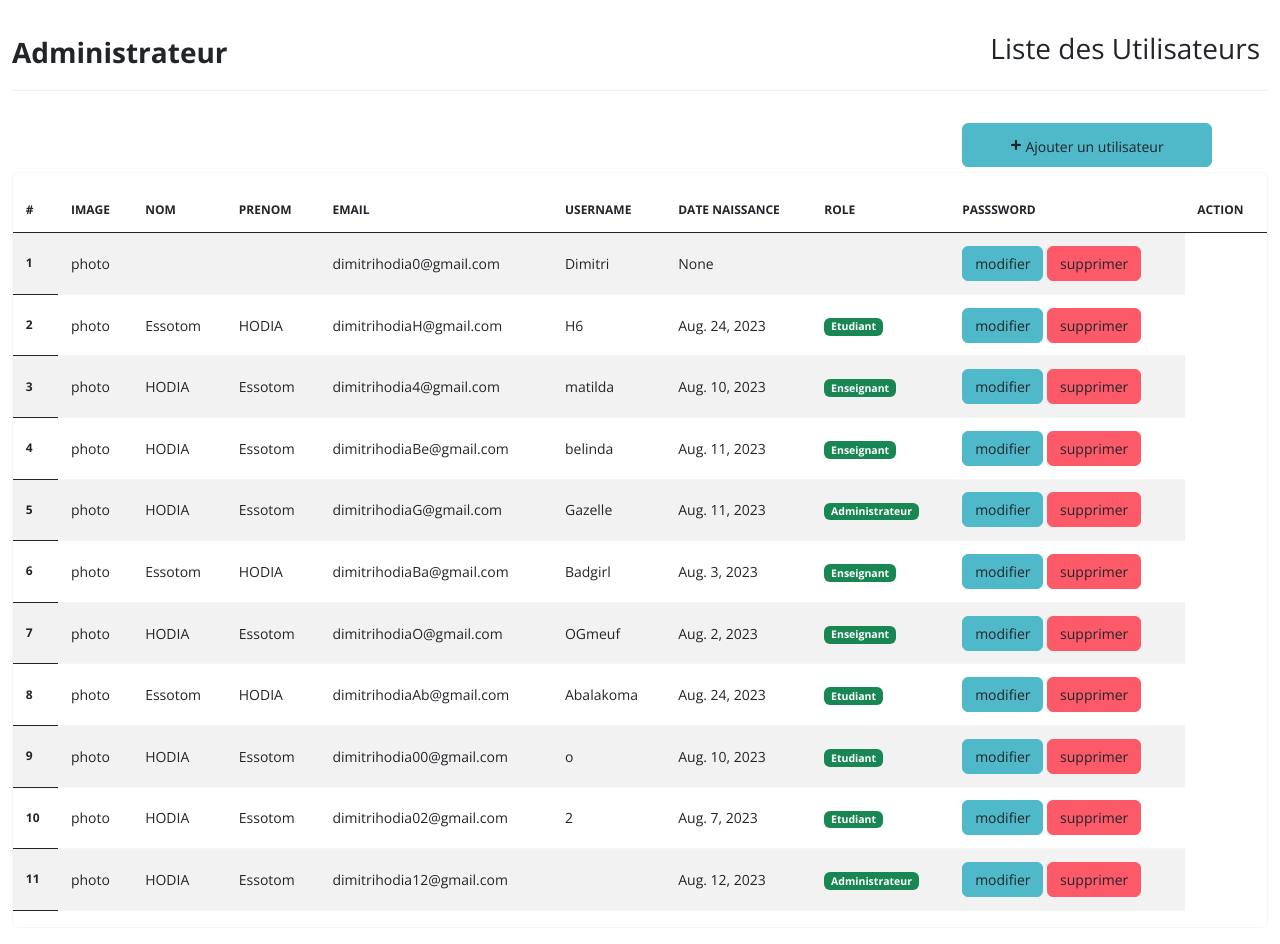
Repository: dimitri0004/Moodle
Page: http://localhost/Admin/user/
These files come from the project's save history. The page is drawn as it stood at one moment and after the next save; the edit follows.
The browser window is 1280 px wide. The pictures show the whole page.
The page is served by the project's application, run on Django 4.2 (manage.py). Other server files are loaded and not shown. The database holds what the project's SQL file puts in it.

Above is the page before, as saved 2023-08-20 12:59:33.
Console error: TypeError: Cannot set properties of null (setting 'innerHTML')

### templates/administrateur/users/utilisateur.html
{% extends "base.html" %}
{% block content %}

<div class="body d-flex py-lg-3 py-md-2">
    <div class="container-xxl">
        <div class="row">
            <div class="col-md-12">
                <div class="card border-0 mb-4 no-bg">
                    <div class="card-header py-3 px-0 d-flex align-items-center  justify-content-between border-bottom">
                        <h3 class=" fw-bold flex-fill mb-0">Administrateur</h3>
                        <div class="dropdown px-2">
                            <H3>Liste des Utilisateurs</H3>
                        </div>

                    </div>
                </div>
            </div>
        </div>
        <div class="">
            <div class="col">
                <h3></h3>
                <a href="{% url 'inscription' %}" style="width: 250px; margin-left:950px;margin-bottom:5px" class="btn btn-info"><strong style="font-size: 20px; ">+</strong> Ajouter un utilisateur</a>
                <div class="card teacher-card">

                    <p class=" alert-success">{{ message }}</p>



                    <table class="table table-striped">
                        <thead>
                          <tr>
                            <th scope="col">#</th>
                            <th>Image</th>
                            <th scope="col">Nom</th>
                            <th scope="col">Prenom</th>
                            <th scope="col">Email</th>
                            <th scope="col">Username</th>
                            <th scope="col">Date Naissance</th>
                            <th scope="col">Role</th>
                            <th scope="col">Passsword</th>

                            <th scope="col">Action</th>
                          </tr>
                        </thead>
                        <tbody>
                            {% for user in users %}
                            <tr>
                                <th scope="row">{{ forloop.counter  }}</th>
                                <td>photo</td>
                                <td>{{ user.last_name }}</td>
                                <td>{{ user.first_name }}</td>
                                <td>{{ user.email }}</td>
                                <td>{{ user.username }}</td>
                                <td>{{ user.birthdate }}</td>
                                <td  ><strong class="badge bg-success">{{ user.role }}</strong></td>
                                <td>
                                    <a href="" class="btn btn-info">modifier</a>
                                    <a href="" class="btn btn-danger">supprimer</a>
                                </td>
                              </tr>
                            {% endfor %}


                        </tbody>
                      </table>

            </div>
        </div>
    </div>
</div>

<!-- Modal Members-->
<div class="modal fade" id="addUser" tabindex="-1" aria-labelledby="addUserLabel" aria-hidden="true">
    <div class="modal-dialog modal-dialog-centered modal-lg">
    <div class="modal-content">
        <div class="modal-header">
            <h5 class="modal-title  fw-bold" id="addUserLabel">Invite Friend's</h5>
            <button type="button" class="btn-close" data-bs-dismiss="modal" aria-label="Close"></button>
        </div>
        <div class="modal-body">
            <div class="inviteby_email">
                <div class="input-group mb-3">
                    <input type="text" class="form-control" placeholder="Members Invite" aria-label="Recipient's username" aria-describedby="button-addon2">
                    <button class="btn btn-dark" type="button" id="button-addon2">Members Invite</button>
                </div>
            </div>
            <div class="members_list">
                <h6 class="fw-bold ">Members of e-Learn</h6>
                <ul class="list-unstyled list-group list-group-custom list-group-flush mb-0">

                </ul>
            </div>
        </div>
    </div>
    </div>
</div>

{% endblock %}

### templates/base.html
{% load static %}
<!DOCTYPE html>
<html lang="en">
<head>
    <meta charset="UTF-8">
    <meta name="viewport" content="width=device-width, initial-scale=1.0">
    <title>Document</title>

    <link rel="icon" href="favicon.ico" type="image/x-icon"> <!-- Favicon-->

    <!-- plugin css file  -->
    <link rel="stylesheet" href="{% static 'assets/css/carousel.min.css' %}" />
    <!-- project css file  -->
    <link rel="stylesheet" href="{% static 'assets/css/e-learn.style.min.css' %}">
    <!-- Google Code  -->
    <script async src="https://www.googletagmanager.com/gtag/js?id=UA-264428387-1"></script>
    <script>
      window.dataLayer = window.dataLayer || [];
      function gtag(){dataLayer.push(arguments);}
      gtag('js', new Date());

      gtag('config', 'UA-264428387-1');
    </script>

    <script src="{% static 'assets/bundles/libscripts.bundle.js' %}"></script>

    <!-- Plugin Js-->
    <script src="{% static 'assets/bundles/carousel.bundle.js' %}"></script>
    <script src="{% static 'assets/bundles/apexcharts.bundle.js' %}"></script>

    <!-- Jquery Page Js -->
    <script src="{% static 'js/template.js' %}"></script>
    <script src="{% static 'js/page/elearn-index.js' %}"></script>
</head>
<body>

    {% if user.is_authenticated %}
      {% if user.role == "Administrateur" %}
        {% include "_partiels/navAdministrateur.html" %}
      {% elif user.role == "Enseignant" %}
        {% include "_partiels/nav.html" %}
      {% else %}
        {% include "_partiels/nav.html" %}
      {% endif %}


    {% endif %}





    {% block content %}{% endblock %}
</body>
</html>

### Administrateur/views.py
from django.shortcuts import render,redirect,get_object_or_404
from django.core.validators import validate_email
from AppEcole.models import User
from django.db.models import Q
from django.contrib.auth.decorators import login_required
from django.contrib.auth import authenticate, login, logout
from django.contrib.auth import get_user_model
from django.contrib import messages

def register(request):
    error = False
    message = ""

    if request.method == "POST":
        username = request.POST.get('username')
        email = request.POST.get('email')
        nom = request.POST.get('nom')
        prenom = request.POST.get('prenom')
        password = request.POST.get('password')
        confirmePassword = request.POST.get('confirmePassword')
        role = request.POST.get('role')
        identifiant = request.POST.get('identifiant')
        date = request.POST.get('date')
        image = request.POST.get('image')
        # Récupérer le rôle du formulaire

        try:
            validate_email(email)
        except:
            error = True
            message = "Entrer un email valide svp"

        User = get_user_model()  # Obtenir le modèle utilisateur personnalisé

        user = User.objects.filter(Q(email=email) | Q(username=username)).first()
        if user:
            error = True
            message = f"L'email {email} ou le nom d'utilisateur {nom} est déjà utilisé par un utilisateur"

        if password != confirmePassword:
            error = True
            message = "Les deux mots de passe ne sont pas identiques"

        if error == False:
            user = User(

                username=username,
                email=email,
                last_name=nom,
                first_name=prenom,
                identifiant=identifiant,
                role=role,
                birthdate=date,
                profil=image# Enregistrer le rôle dans le modèle
            )
            user.set_password(password)
            user.save()
            return redirect('liste_utilisateur')

    context = {
        'error': error,
        'message': message
    }
    return render(request, 'administrateur/users/inscription.html', context)

def liste_utilisateur(request):
    users = User.objects.all()
    return render(request, 'administrateur/users/utilisateur.html', {'users': users})

# Create your views here.

### AppEcole/models.py
from django.db import models
from django.contrib.auth.models import AbstractUser
class User(AbstractUser):
    ETUDIANT= " ETUDIANT"
    ENSEIGNANT="ENSEIGNANT"
    ADMINISTRATEUR=" ADMINISTRATEUR"

    ROLE_CHOICES = (
        (ETUDIANT, 'Etudiant'),
        (ENSEIGNANT, 'Enseignant'),
        (ADMINISTRATEUR, 'Administrateur'),
    )

    role = models.CharField(max_length=30, choices=ROLE_CHOICES, verbose_name='Rôle')
    birthdate = models.DateField(null=True, blank=False)
    identifiant = models.CharField(max_length=20, null=True, blank=False)
    profil=models.ImageField( upload_to='projets', height_field=None, width_field=None, max_length=None, default="12.png", blank=True)

    def __str__(self):
        return self.username

class Devoir(models.Model):

    STATUT_CHOICES = [
        ('en_cours', 'En cours'),
        ('soumis', 'Soumis'),
        ('corrigé', 'Corrige'),
        ('traité', 'Traite'),
        ('archivé', 'Archivé'),
    ]
    intitule=models.CharField(max_length=255)
    matiere=models.CharField(max_length=255)
    statut = models.CharField(max_length=20, choices=STATUT_CHOICES)
    projet = models.FileField(upload_to='projets')


    def __str__(self):
        return self.intitule


# Create your models here.

### MoodleProject/urls.py
"""
URL configuration for MoodleProject project.

The `urlpatterns` list routes URLs to views. For more information please see:
    https://docs.djangoproject.com/en/4.2/topics/http/urls/
Examples:
Function views
    1. Add an import:  from my_app import views
    2. Add a URL to urlpatterns:  path('', views.home, name='home')
Class-based views
    1. Add an import:  from other_app.views import Home
    2. Add a URL to urlpatterns:  path('', Home.as_view(), name='home')
Including another URLconf
    1. Import the include() function: from django.urls import include, path
    2. Add a URL to urlpatterns:  path('blog/', include('blog.urls'))
"""
from django.contrib import admin
from django.urls import path,include
from django.conf import settings
from django.conf.urls.static import static


urlpatterns = [
    path('admin/', admin.site.urls),
    path('', include('AppEcole.urls')),
    path('Admin', include('Administrateur.urls')),
]
if settings.DEBUG:
    urlpatterns += static(settings.MEDIA_URL,
    document_root=settings.MEDIA_ROOT)

### AppEcole/urls.py
from django.urls import path
from .views import index, inscription, connexion,ajouter_projet,deconnexion,liste_projets,modifier_projet,supprimer_projet,afficher_profil
urlpatterns = [
    path('acceuil', index, name='acceuil'),
    path('inscription/', inscription, name='register'),
    path('', connexion, name='login'),
    path('deconnexion/', deconnexion, name='logout'),


    path('enseignant/projet/ajouter', ajouter_projet, name='ajouter_projet'),
    path('enseignant/projet/', liste_projets, name='liste_projet'),
    path('enseignant/projet/modifier/<int:id>',modifier_projet, name='modifier_projet'),
    path('enseignant/projet/supprimer/<int:id>',supprimer_projet, name='supprimer_projet'),
    path('enseignant/profil',afficher_profil, name='afficher_profil'),


]

### Administrateur/urls.py
from django.urls import path
from .views import register,liste_utilisateur
urlpatterns = [
    path('/user/ajouter', register, name='inscription'),
    path('/user/', liste_utilisateur, name='liste_utilisateur'),







]

### static/assets/css/carousel.min.css
.owl-carousel,.owl-carousel .owl-item{-webkit-tap-highlight-color:transparent;position:relative}.owl-carousel{display:none;width:100%;z-index:1}.owl-carousel .owl-stage{position:relative;-ms-touch-action:pan-Y;-moz-backface-visibility:hidden}.owl-carousel .owl-stage:after{content:".";display:block;clear:both;visibility:hidden;line-height:0;height:0}.owl-carousel .owl-stage-outer{position:relative;overflow:hidden;-webkit-transform:translate3d(0, 0, 0)}.owl-carousel .owl-item,.owl-carousel .owl-wrapper{-webkit-backface-visibility:hidden;-moz-backface-visibility:hidden;-ms-backface-visibility:hidden;-webkit-transform:translate3d(0, 0, 0);-moz-transform:translate3d(0, 0, 0);-ms-transform:translate3d(0, 0, 0)}.owl-carousel .owl-item{min-height:1px;float:left;-webkit-backface-visibility:hidden;-webkit-touch-callout:none}.owl-carousel .owl-item img{display:block;width:100%}.owl-carousel .owl-dots.disabled,.owl-carousel .owl-nav.disabled{display:none}.no-js .owl-carousel,.owl-carousel.owl-loaded{display:block}.owl-carousel .owl-dot,.owl-carousel .owl-nav .owl-next,.owl-carousel .owl-nav .owl-prev{cursor:pointer;cursor:hand;-webkit-user-select:none;-khtml-user-select:none;-moz-user-select:none;-ms-user-select:none;user-select:none}.owl-carousel.owl-loading{opacity:0;display:block}.owl-carousel.owl-hidden{opacity:0}.owl-carousel.owl-refresh .owl-item{visibility:hidden}.owl-carousel.owl-drag .owl-item{-webkit-user-select:none;-moz-user-select:none;-ms-user-select:none;user-select:none}.owl-carousel.owl-grab{cursor:move;cursor:grab}.owl-carousel.owl-rtl{direction:rtl}.owl-carousel.owl-rtl .owl-item{float:right}.owl-carousel .animated{animation-duration:1s;animation-fill-mode:both}.owl-carousel .owl-animated-in{z-index:0}.owl-carousel .owl-animated-out{z-index:1}.owl-carousel .fadeOut{animation-name:fadeOut}@keyframes fadeOut{0%{opacity:1}100%{opacity:0}}.owl-height{transition:height .5s ease-in-out}.owl-carousel .owl-item .owl-lazy{opacity:0;transition:opacity .4s ease}.owl-carousel .owl-item img.owl-lazy{transform-style:preserve-3d}.owl-carousel .owl-video-wrapper{position:relative;height:100%;background:#000}.owl-carousel .owl-video-play-icon{position:absolute;height:80px;width:80px;left:50%;top:50%;margin-left:-40px;margin-top:-40px;background:url(owl.video.play.html) no-repeat;cursor:pointer;z-index:1;-webkit-backface-visibility:hidden;transition:transform .1s ease}.owl-carousel .owl-video-play-icon:hover{-ms-transform:scale(1.3, 1.3);transform:scale(1.3, 1.3)}.owl-carousel .owl-video-playing .owl-video-play-icon,.owl-carousel .owl-video-playing .owl-video-tn{display:none}.owl-carousel .owl-video-tn{opacity:0;height:100%;background-position:center center;background-repeat:no-repeat;background-size:contain;transition:opacity .4s ease}.owl-carousel .owl-video-frame{position:relative;z-index:1;height:100%;width:100%}

### static/js/template.js
if (typeof jQuery === "undefined") {
    throw new Error("jQuery plugins need to be before this file");
}

$(function() {
    "use strict";

    // main sidebar toggle js
    $('.menu-toggle').on('click', function () {
        $('.sidebar').toggleClass('open');
        $('.open').removeClass('sidebar-mini');
    });

    // layout a sidebar mini version
    $('.sidebar-mini-btn').on('click', function () {
        $('.sidebar').toggleClass('sidebar-mini');
        $('.sidebar-mini').removeClass('open');
    });

    // chat page chatlist toggle js
    $('.chatlist-toggle').on('click', function () {
        $('.card-chat').toggleClass('open');
    });

    $(".theme-rtl input").on('change',function() {
        if(this.checked) {
            $("body").addClass('rtl_mode');
        }else{
            $("body").removeClass('rtl_mode');
        }

    });

    // cSidebar overflow daynamic height

    overFlowDynamic();

    $(window).resize(function(){
        overFlowDynamic();
    });

    function overFlowDynamic(){
        var sideheight=$(".sidebar.sidebar-mini").height() + 48;

        if(sideheight <= 760) {
            $(".sidebar.sidebar-mini").css( "overflow", "scroll");
        }
        else{
            $(".sidebar.sidebar-mini").css( "overflow", "visible");
        }
    }


    // Dropdown scroll hide using table responsive

    $('.table-responsive').on('show.bs.dropdown', function () {
        $('.table-responsive').css( "overflow", "inherit" );
    });

    $('.table-responsive').on('hide.bs.dropdown', function () {
            $('.table-responsive').css( "overflow", "auto" );
    })

    // light and dark theme setting js
    var toggleSwitch = document.querySelector('.theme-switch input[type="checkbox"]');
    var toggleHcSwitch = document.querySelector('.theme-high-contrast input[type="checkbox"]');
    var currentTheme = localStorage.getItem('theme');
    if (currentTheme) {
        document.documentElement.setAttribute('data-theme', currentTheme);

        if (currentTheme === 'dark') {
            toggleSwitch.checked = true;
        }
        if (currentTheme === 'high-contrast') {
            toggleHcSwitch.checked = true;
            toggleSwitch.checked = false;
        }
    }
    function switchTheme(e) {
        if (e.target.checked) {
            document.documentElement.setAttribute('data-theme', 'dark');
            localStorage.setItem('theme', 'dark');
            $('.theme-high-contrast input[type="checkbox"]').prop("checked", false);
        }
        else {
            document.documentElement.setAttribute('data-theme', 'light');
            localStorage.setItem('theme', 'light');
        }
    }
    toggleSwitch.addEventListener('change', switchTheme, false);
    // end
});

// live support team js
$(function() {
    "use strict";
    var Tawk_API=Tawk_API||{}, Tawk_LoadStart=new Date();
    (function(){
        var s1=document.createElement("script"),s0=document.getElementsByTagName("script")[0];
        s1.async=true;
        s1.src='https://embed.tawk.to/6051a040f7ce18270930e55a/1f0vdjvfu';
        s1.charset='UTF-8';
        s1.setAttribute('crossorigin','*');
        s0.parentNode.insertBefore(s1,s0);
    })();
});

### moodle.sql (the tables this page reads)
CREATE TABLE `appecole_user` (
  `id` bigint(20) NOT NULL,
  `password` varchar(128) NOT NULL,
  `last_login` datetime(6) DEFAULT NULL,
  `is_superuser` tinyint(1) NOT NULL,
  `username` varchar(150) NOT NULL,
  `first_name` varchar(150) NOT NULL,
  `last_name` varchar(150) NOT NULL,
  `email` varchar(254) NOT NULL,
  `is_staff` tinyint(1) NOT NULL,
  `is_active` tinyint(1) NOT NULL,
  `date_joined` datetime(6) NOT NULL,
  `role` varchar(30) NOT NULL,
  `birthdate` date DEFAULT NULL,
  `identifiant` varchar(20) DEFAULT NULL,
  `profil` varchar(100) NOT NULL
) ENGINE=InnoDB DEFAULT CHARSET=utf8mb4;

INSERT INTO `appecole_user` (`id`, `password`, `last_login`, `is_superuser`, `username`, `first_name`, `last_name`, `email`, `is_staff`, `is_active`, `date_joined`, `role`, `birthdate`, `identifiant`, `profil`) VALUES
(1, 'pbkdf2_sha256$390000$iUlE0cOSgw09U2W8aK5Z6x$upZfpbMSMlbBebJmbwH24W9iJyQ7j249IScJWUpNZng=', '2023-08-20 12:30:55.787012', 1, 'Dimitri', '', '', 'dimitrihodia0@gmail.com', 1, 1, '2023-08-14 23:48:36.523526', '', NULL, NULL, '12.png'),
(8, 'pbkdf2_sha256$390000$8y96QpZnd9eLD1u3zXVrxW$N4QBGGl5ausKnXS0FMo4LEEG3r14qTcJx34v5AZYT38=', '2023-08-21 06:18:55.600830', 0, 'H6', 'HODIA', 'Essotom', 'dimitrihodiaH@gmail.com', 0, 1, '2023-08-15 20:56:28.178571', 'Etudiant', '2023-08-24', '005', '9ddd859d-fb28-4d27-b879-5b210936f2cb.jpg'),
(9, 'pbkdf2_sha256$390000$Cc4G5M1Iwp2A8LHn9JSbJe$2kxAFrXssqjUQVHn8Tt7Vj0WgvDK8gT6mngKH5AgIgw=', '2023-08-18 00:53:41.594568', 0, 'matilda', 'Essotom', 'HODIA', 'dimitrihodia4@gmail.com', 0, 1, '2023-08-18 00:47:35.444193', 'Enseignant', '2023-08-10', '005', '12.png'),
(10, 'pbkdf2_sha256$390000$s5Uf6eKg59oaYjQ2lxGvX5$MdUBHUwvav5htJXNa9LgDr7IX2VNp6kvdPilsJlOrcc=', NULL, 0, 'belinda', 'Essotom', 'HODIA', 'dimitrihodiaBe@gmail.com', 0, 1, '2023-08-18 10:53:24.918251', 'Enseignant', '2023-08-11', '002', '12.png'),
(11, 'pbkdf2_sha256$390000$f9kSRFIFFge1BZiRW1qNia$paACUMxloDPGxyrO9kKlU+YC4A6Sze0jRrPdM0KJMoY=', '2023-08-23 21:53:46.444901', 0, 'Gazelle', 'Essotom', 'HODIA', 'dimitrihodiaG@gmail.com', 0, 1, '2023-08-18 11:07:12.177203', 'Administrateur', '2023-08-11', '005', '12.png'),
(12, 'pbkdf2_sha256$390000$RKNUTbqL2mgcH8PIdwxNe6$FoDe12dH2MoO7YhLkZ3dAK6r842EC4FrnBCN8iqXEcA=', '2023-08-21 07:01:51.065759', 0, 'Badgirl', 'HODIA', 'Essotom', 'dimitrihodiaBa@gmail.com', 0, 1, '2023-08-18 11:13:50.408163', 'Enseignant', '2023-08-03', '005', '9ddd859d-fb28-4d27-b879-5b210936f2cb.jpg'),
(13, 'pbkdf2_sha256$390000$M2jj9UNcc21rFLRJNY0Z1I$iukSQYfu5lRp06jnRn0geRZfZYS3rwKcV0kUp6ISHbs=', NULL, 0, 'OGmeuf', 'Essotom', 'HODIA', 'dimitrihodiaO@gmail.com', 0, 1, '2023-08-19 01:18:58.161863', 'Enseignant', '2023-08-02', '005', '9ddd859d-fb28-4d27-b879-5b210936f2cb.jpg'),
(14, 'pbkdf2_sha256$390000$Q9Zbv0ppnYwRPYpRNKQRGw$xS6Mv4+rHNHYP+ajw2amesDDZNzqb2RwpsmaiWSu57o=', '2023-08-21 23:37:34.832535', 0, 'Abalakoma', 'HODIA', 'Essotom', 'dimitrihodiaAb@gmail.com', 0, 1, '2023-08-20 11:35:01.922322', 'Etudiant', '2023-08-24', '005', '9ddd859d-fb28-4d27-b879-5b210936f2cb.jpg'),
(15, 'pbkdf2_sha256$390000$1smpOFd4IsfyV8SkE7mT2m$UrOUivh2jMoRH6KnJdsqmkSkfhyIH9ltEkmL514qK4k=', NULL, 0, 'o', 'Essotom', 'HODIA', 'dimitrihodia00@gmail.com', 0, 1, '2023-08-20 12:38:26.965338', 'Etudiant', '2023-08-10', '005', '9ddd859d-fb28-4d27-b879-5b210936f2cb.jpg'),
(16, 'pbkdf2_sha256$390000$Y6Mne04LbXZJf3Azd6kPBF$scAXqRn0ekjgwk+1LzZ23RIcHp+piGTSOKXOly4m7wk=', NULL, 0, '2', 'Essotom', 'HODIA', 'dimitrihodia02@gmail.com', 0, 1, '2023-08-20 12:48:17.900248', 'Etudiant', '2023-08-07', '002', 'technology-hacker-4k-pic.jpg'),
(17, 'pbkdf2_sha256$390000$wavJhLHbgomHRF6Ixq0lyE$uNYb2FsreQnAHSXzXeZvzm3NH3EPBDdRwfv0tpGEWUc=', '2023-08-23 09:28:17.943974', 0, '', 'Essotom', 'HODIA', 'dimitrihodia12@gmail.com', 0, 1, '2023-08-23 09:28:00.080187', 'Administrateur', '2023-08-12', 'admin', '9ddd859d-fb28-4d27-b879-5b210936f2cb.jpg');

ALTER TABLE `appecole_user`
  ADD PRIMARY KEY (`id`),
  ADD UNIQUE KEY `username` (`username`);

ALTER TABLE `appecole_user`
  MODIFY `id` bigint(20) NOT NULL AUTO_INCREMENT, AUTO_INCREMENT=18;

Loaded but not shown: static/assets/css/e-learn.style.min.css (library); static/assets/bundles/libscripts.bundle.js (library); static/assets/bundles/carousel.bundle.js (library); static/assets/bundles/apexcharts.bundle.js (library); static/js/page/elearn-index.js (164 lines, source omitted)

After the next save:
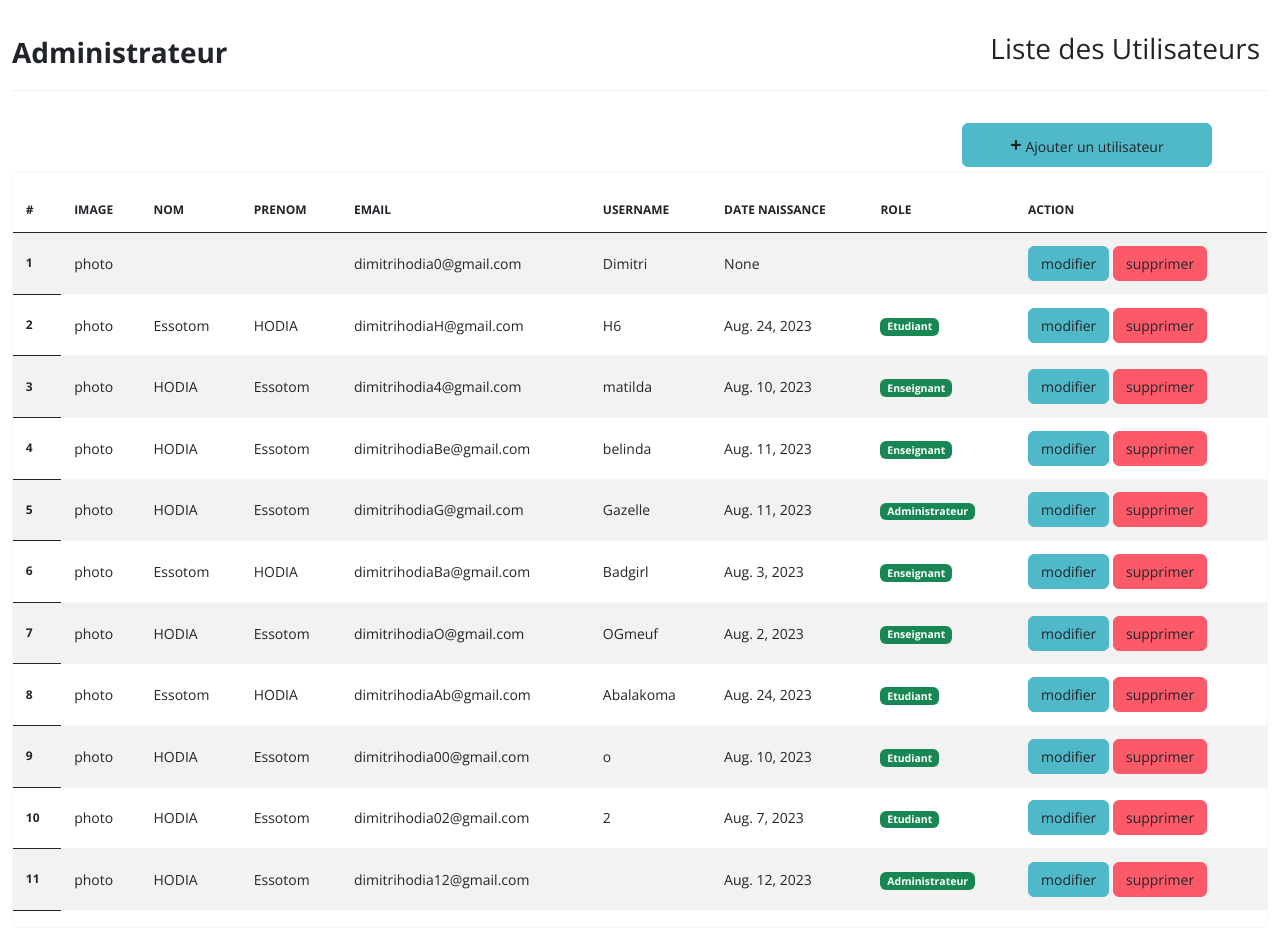
Saved 6 s later.
--- a/templates/administrateur/users/utilisateur.html
+++ b/templates/administrateur/users/utilisateur.html
@@ -37,7 +37,7 @@
                             <th scope="col">Username</th>
                             <th scope="col">Date Naissance</th>
                             <th scope="col">Role</th>
-                            <th scope="col">Passsword</th>
+
 
                             <th scope="col">Action</th>
                           </tr>
